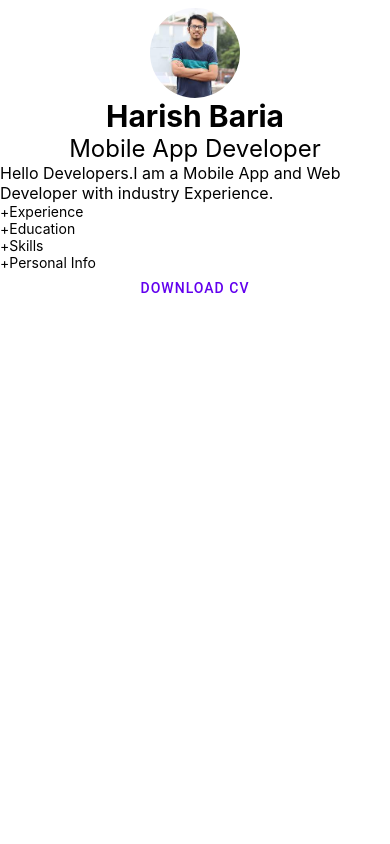
Repository: harishbariya/React-Native-ui-desiign
Screen: /
These files come from the project's save history. The screen is drawn as it stood at one moment and after the next save; the edit follows.
The app was drawn by React Native's web renderer in a window 390 px wide. The project was rebuilt for these pictures with package versions that can differ from the ones it lists, and the page was loaded fresh each time.

Above is the screen before, as saved 2021-11-17 14:24:37.

After the next save:
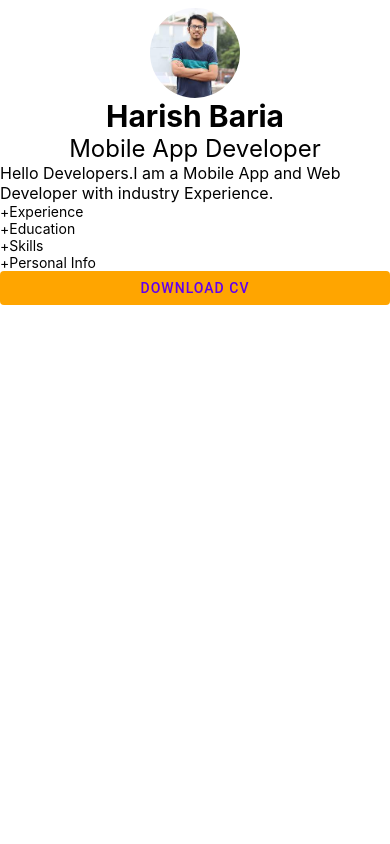
Saved 60 s later.
--- a/App.js
+++ b/App.js
@@ -40,7 +40,7 @@ class App extends Component
         </View>
 
           <View>
-            <Button>Download CV</Button>
+            <Button style={{backgroundColor:"orange"}}>Download CV</Button>
           </View>
       </View>
 
